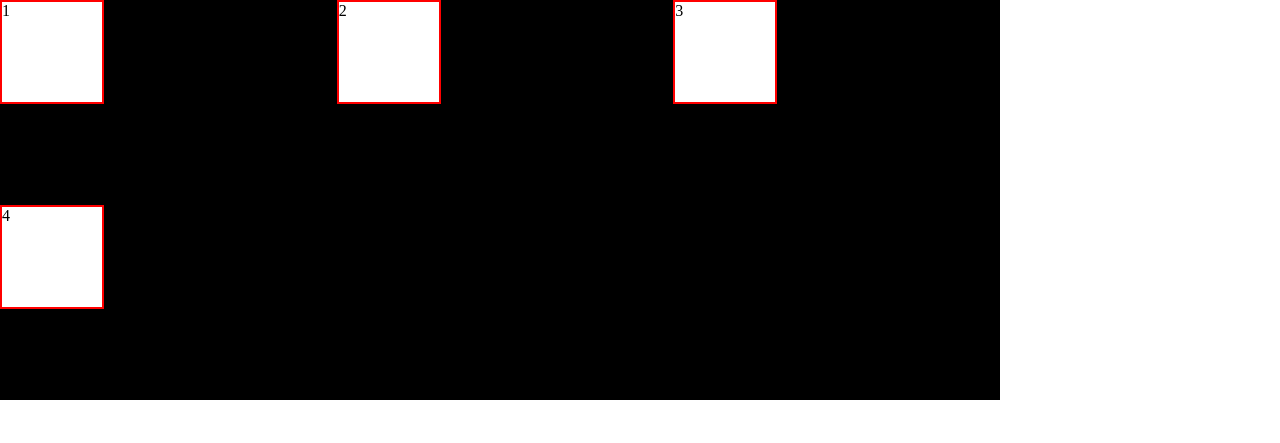
Repository: elourenco001/cursoweb
Page: DisplayGrid/index.html
An editor plug-in stored every save of this project. The page is shown before and after the next save, followed by the edit.
The browser window is 1280 px wide. The pictures show the whole page.

Above is the page before, as saved 2023-01-30 15:21:28.

### DisplayGrid/index.html
<!DOCTYPE html>
<html lang="pt_br"> <!--Formato da Linguagem a ser usada-->
    <head>
        <meta charset="UTF-8">
        <meta http-equiv="X-UA-Compatible" content="Google Chrome">
        <meta name="viewport" content="width-device-width, initial-scaled=1.0">
    <title>Profissão Programador</title> <!--TItulo da aba do Navegador-->

    <link rel="stylesheet" href="./styles.css"/>
</head>
    <body>
        <div class="minhadiv">
            <div class="caixa">1</div>
            <div class="caixa">2</div>
            <div class="caixa">3</div>
            <div class="caixa">4</div>

        </div>

    </body>
</html>

### DisplayGrid/styles.css
* {

    margin: 0;

}
.minhadiv {
    width: 1000px;
    height: 400px;
    background-color: black;
    display: grid;
    grid-template-columns: repeat(3, 1fr); /*Separar pela quantidade de coluna que desejar */
    column-gap: 10px;
    row-gap: 10px;


}

.caixa {
    width: 100px;
    height: 100px;
    background-color: #fff;
    border: 2px solid red;

}

After the next save:
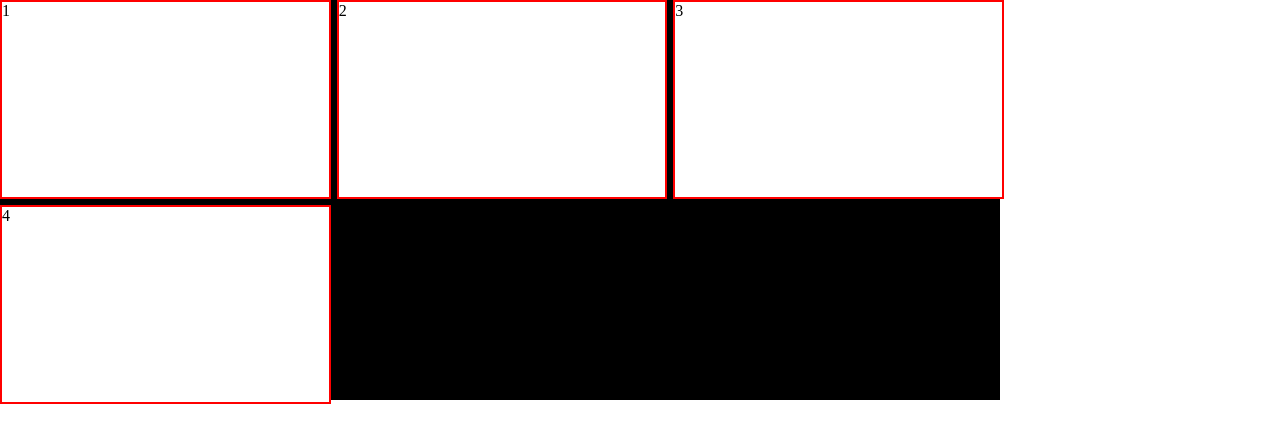
Saved 2 min 40 s later.
--- a/DisplayGrid/styles.css
+++ b/DisplayGrid/styles.css
@@ -16,8 +16,8 @@
 }
 
 .caixa {
-    width: 100px;
-    height: 100px;
+    width: 100%;
+    height: 100%;
     background-color: #fff;
     border: 2px solid red;
 
